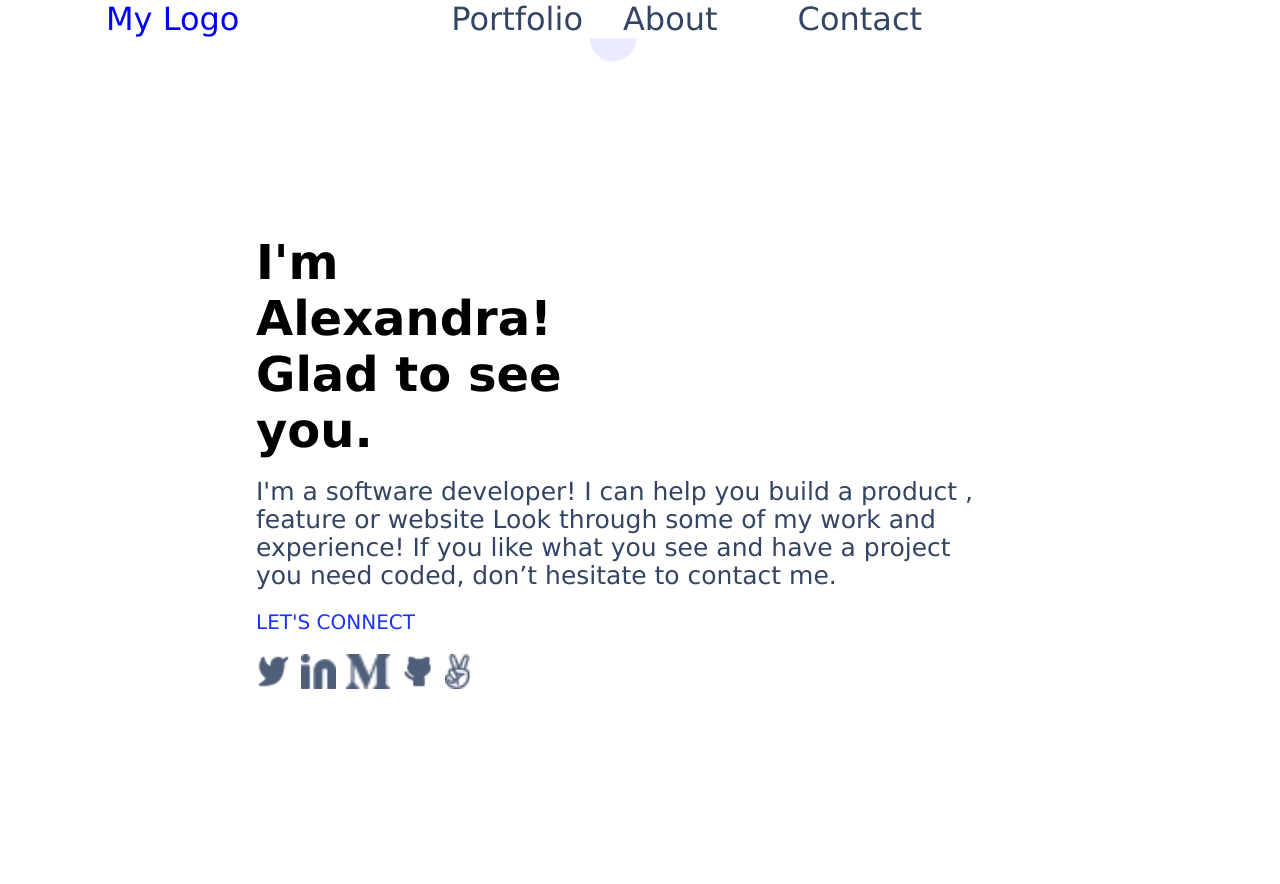
Repository: usman3123/portfolio-template-3
Page: portfolio.html
An editor plug-in stored every save of this project. The page is shown before and after the next save, followed by the edit.
The browser window is 1280 px wide. The pictures show the whole page.
Some web libraries are served in a nearby version.

Above is the page before, as saved 2025-01-23 18:03:03.

### portfolio.html
<!DOCTYPE html>
<html lang="en">
<head>
  <meta charset="UTF-8">
  <meta name="viewport" content="width=device-width, initial-scale=1.0">
  <title>project 2</title>
  <link rel="stylesheet" href="style.css">
  <link href='https://unpkg.com/boxicons@2.1.4/css/boxicons.min.css' rel='stylesheet'>
  <link rel="stylesheet" href="https://cdnjs.cloudflare.com/ajax/libs/font-awesome/6.6.0/css/all.min.css" integrity="sha512-Kc323vGBEqzTmouAECnVceyQqyqdsSiqLQISBL29aUW4U/M7pSPA/gEUZQqv1cwx4OnYxTxve5UMg5GT6L4JJg==" crossorigin="anonymous" referrerpolicy="no-referrer" />
  <link rel="stylesheet" href="https://cdnjs.cloudflare.com/ajax/libs/font-awesome/6.6.0/css/all.min.css" integrity="sha512-Kc323vGBEqzTmouAECnVceyQqyqdsSiqLQISBL29aUW4U/M7pSPA/gEUZQqv1cwx4OnYxTxve5UMg5GT6L4JJg==" crossorigin="anonymous" referrerpolicy="no-referrer" />

  <link rel="stylesheet" href="https://cdnjs.cloudflare.com/ajax/libs/font-awesome/6.7.2/css/all.min.css">
  <link rel="preconnect" href="https://fonts.googleapis.com">
<link rel="preconnect" href="https://fonts.gstatic.com" crossorigin>
<link href="https://fonts.googleapis.com/css2?family=Poppins:ital,wght@0,100;0,200;0,300;0,400;0,500;0,600;0,700;0,800;0,900;1,100;1,200;1,300;1,400;1,500;1,600;1,700;1,800;1,900&display=swap" rel="stylesheet">
</head>

<body>

  <!-- Navbar -->

  <nav class="navbar flex">
    <p class="mainlogoo">My Logo</p>
    <div class="nav-links flex">
      <a href="#myportfolio" style="text-decoration: none;" class="link">Portfolio</a>
      <a href="#myabout" style="text-decoration: none;" class="link">About<a>
      <a href="#mycontact" style="text-decoration: none;" class="link">Contact<a>
    </div>
    <i class="fa-sharp fa-light fa-bars" id="menu-icon" style="color: #0860f7;"></i>
  </nav>

  <!-- Main Content -->

   <main>



  <section id="myportfolio" class="hero-section flex">
    <div class="hero-content flex">
        <h1 class="hero-head"> I'm Alexandra!
          Glad to see you.
      </h1>
      <p class="hero-p">
         I'm a software developer! I can help you build a product , feature or website Look through  some of my work and experience! If you like what you see and have a project you need coded, don’t hesitate to contact me.
      </p>
     <p class="let-connect"> LET'S CONNECT</p>

      <div class="icons flex">
          <img src="/assets/twitter.png" class="media-icon">
          <img src="assets/Linkedin.png" class="media-icon">
          <img src="assets/M.png" class="media-icon">
          <img src="assets/Github.png" class="media-icon">
          <img src="assets/V.png" class="media-icon">
      </div>
    </div>
  </section>

  <!-- Cards Section -->

  <!-- <section class="cards flex">
  </section>

  <div class="page">
    </div>
     -->


   <!-- ABOUT MYSELF -->

  <!-- <section id="myabout" class="about flex">

    <div class="about-intro flex">
      <h1 style="font-size: 40px;">About Myself</h1>
      <p class="about-paragraph">Hello I'm a software developer! I can help you build a product , feature or website Look through some of my work and experience! If you like what you see and have a project you need coded, don't hesitate to contact me.</p>
        <p class="let-connect">Let's Connect</p>
        <div class="icons flex icon-gap">
          <img src="assets/twitter.png" class="twitter">
          <img src="assets/Linkedin.png" class="inimage">
          <img src="assets/M.png" class="mimage">
          <img src="assets/Github.png" class="tomimage">
          <img src="assets/V.png" class="protocol">
      </div>
      <button class="button rsm-btn"> Get my resume</button>
    </div>

    <div class="about-skills flex">
      <div class="about-all flex">
        <p>Languages</p>
        <i class='bx bx-chevron-down'></i>
      </div>
      <div class="about-lang flex">
        <div class="about-lang-img flex">
          <i class="fa-brands fa-js" style="color: #ff0000;"></i>
          <p>JavaScript</p>
        </div>
        <div class="about-lang-img flex">
          <i class="fa-brands fa-html5" style="color: #FFD43B;"></i>
          <p>Html</p>

        </div>
        <div class="about-lang-img flex">
          <i class="fa-brands fa-css3-alt" style="color: #74C0FC;"></i>
          <p>css</p>
        </div>
      </div>
      <div class="about-all flex">
        <p> Frameworks</p>
        <i class='bx bx-chevron-right'></i>
      </div>
      <div class="about-all flex">
        <p>Skills</p>
        <i class='bx bx-chevron-right'></i>
        </div>
        </div>
        <div class="contact-section flex">
            <h4 class="contact-paragraph">I'm always interested in hearing about new projects, so if you'd like to chat please get in touch.</h4>
            <form action="submit-form" class="contact-form flex">
                <div class="names flex">
                    <input type="text" placeholder="Full name" class="first-name">
                    <input type="text" placeholder="last name" class="last-name">
      </div>
        <div class="contact-section flex">
            <h4 class="contact-paragraph">I'm always interested in hearing about new projects, so if you'd like to chat please get in touch.</h4>
            <form action="submit-form" class="contact-form flex">
                <div class="names flex">
                    <input type="text" placeholder="Full name" class="first-name">
                    <input type="text" placeholder="last name" class="last-name">
    </div>
  </section> -->

  <!-- Contact section -->

  <!-- <section id="mycontact" class="contact-section">
    <h1 class="contact-heading">Contact Me</h1>
    <p class="contact-description">
        If you have an application you are interested in developing, a feature that you need built, or a project that needs coding, I'd love to help with it!
    </p>
    <form class="contact-form">
        <input class="form-input" type="text" placeholder="Your Name">
        <input class="form-input" type="email" placeholder="Your Email">
        <textarea class="form-message" placeholder="Write your message here..."></textarea>
        <button class="form-button">Get in Touch</button>
    </form>

</section>

</main> -->

<script src="index.js"></script>
</body>
</html>

### style.css
*{
    margin: 0;
    padding: 0;
    box-sizing: border-box;
}
body {
    font-family: Verdana, Geneva, Tahoma, sans-serif;
}
.flex {
    display: flex;
}
.navbar {
    justify-content: space-around;
}
.mainlogoo {
    font-size: 2rem;
    color: blue;
}
.nav-links {
    gap: 40px;
    font-size: 2rem;
}
.link {
    color: #344563;
}
#menu-icon {
    display: none !important;
}
.hero-section {
    height: 846px;
    align-items: center;
    justify-content: center;
    padding-left: 20%;
    background-image: url(/assets/Header\ bg@2x.png);
    background-position: center;
}
.hero-content {
    flex-direction: column;
    gap: 20px;
}
.hero-head {
    font-size: 48px;
    font-weight: 700;
    width: 35%;
}
.hero-p {
    font-size: 25px;
    line-height: 28px;
    color: #344563;

    width: 73%;
}
.let-connect {
    color: #1d32f7;
    font-size: 20px;
    font-weight: 500;
    line-height: 24px;
}
.media-icon {
    height: 35px;
}
.icons {
    gap: 10px;
}

Loaded but not shown: index.js (no copy from this time; the picture is the same without it)

After the next save:
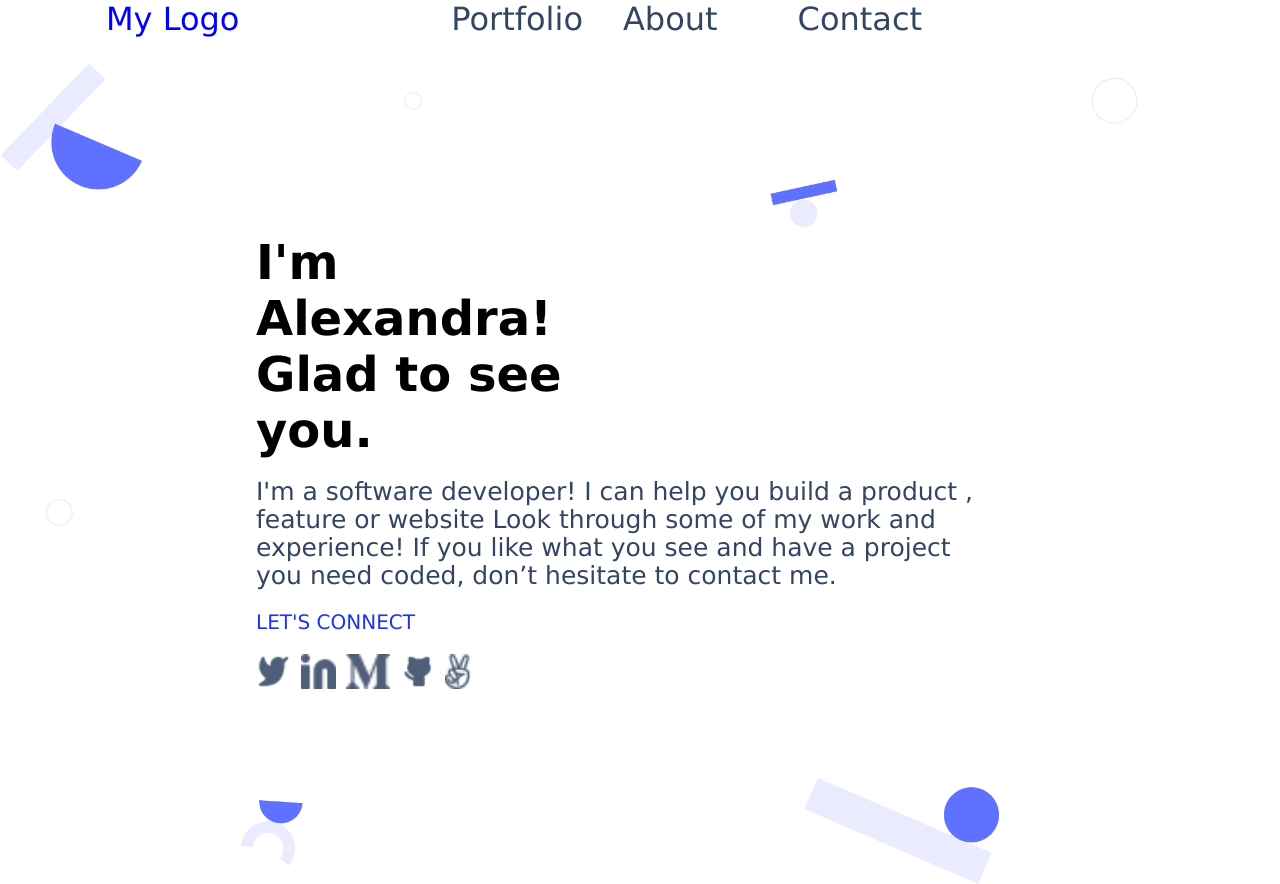
Saved 27 s later.
--- a/style.css
+++ b/style.css
@@ -32,7 +32,7 @@ body {
     justify-content: center;
     padding-left: 20%;
     background-image: url(/assets/Header\ bg@2x.png);
-    background-position: center;
+    background-size: cover;
 }
 .hero-content {
     flex-direction: column;
